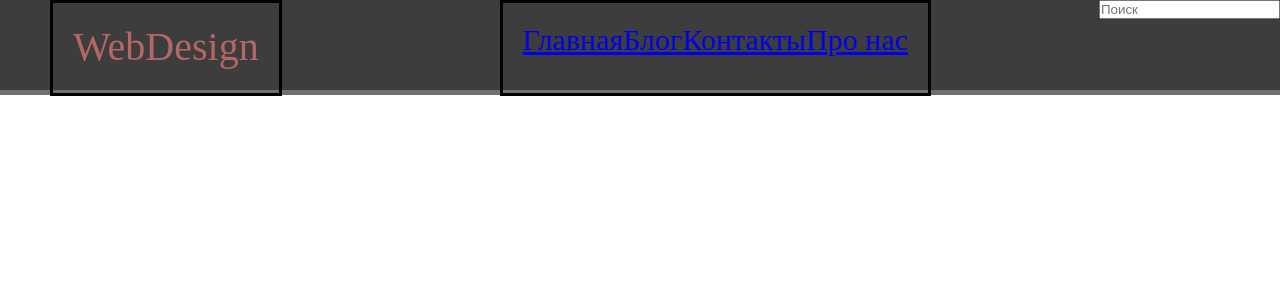
Repository: andbaik/Itprog
Page: index.htm
These files come from the project's save history. The page is drawn as it stood at one moment and after a run of saves; the edit follows.
The browser window is 1280 px wide. The pictures show the whole page.

Above is the page before, as saved 2021-01-19 16:08:40.

### index.htm
<!DOCTYPE html>
<html lang="en">
<head>
    <meta charset="UTF-8">
    <meta name="viewport" content="width=device-width, initial-scale=1.0">
    <link rel="stylesheet" href="css/style.css">
    <title>Моя страница</title>
</head>
<body>
    <div class="header">
        <div class="logo">
            <a href="#">WebDesign</a>
        </div>
        <div class="nav">
                <ul>
                    <li><a href="#">Главная</a></li>
                    <li><a href="#">Блог</a></li>
                    <li><a href="#">Контакты</a></li>
                    <li><a href="#">Про нас</a></li>
                </ul>
        </div>
        <div class="search">
            <form action="" method="POST" id="search" name="search">
                <input type="text" placeholder="Поиск">
            </form>
        </div>
    </div>
</body>
</html>

### css/style.css
* {
    margin: 0;
    padding: 0;
}

.header {
    display: flex;
    vertical-align: center;
    width: 100%;
    height: 90px;
    background-color: #3D3D3D;
    border-bottom: 5px solid #6F6F6F;

}
.logo {
    height: 50px;
    weight: 150px;
    margin: 0px 50px;
    padding: 20px;
    border: 3px solid black;
    vertical-align: center;
}
.logo a{
    color: #B36767;
    text-decoration: none;
    text-align: center;
    font-size: 40px;


}
.nav {
    height: 50px;
    width: auto;
    padding: 20px;
    margin: 0 auto;
    border: 3px solid black;
}

.nav li{
    color: #fff;
    font-size: 30px;
    list-style-type: none;
    text-decoration: none;
}

.header ul {
    display: flex;
}

After the next 6 saves:
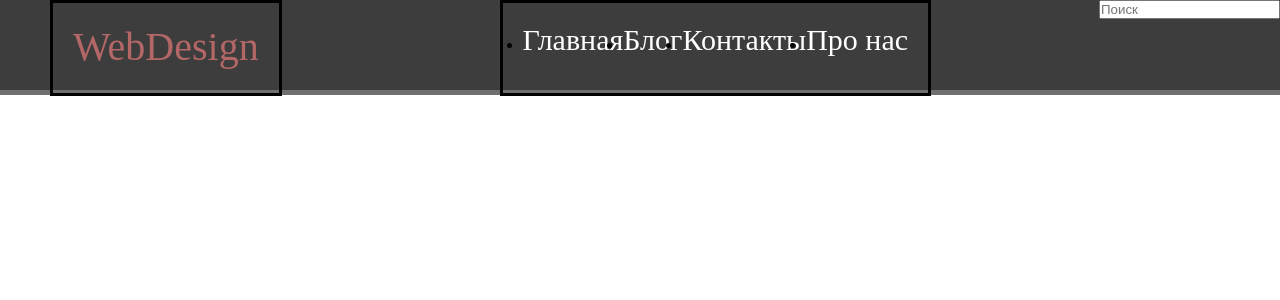
The 6 saves are shown as one change because they came seconds apart.
The last was saved 14 s later.
--- a/css/style.css
+++ b/css/style.css
@@ -36,7 +36,7 @@
     border: 3px solid black;
 }
 
-.nav li{
+.nav li>a{
     color: #fff;
     font-size: 30px;
     list-style-type: none;
